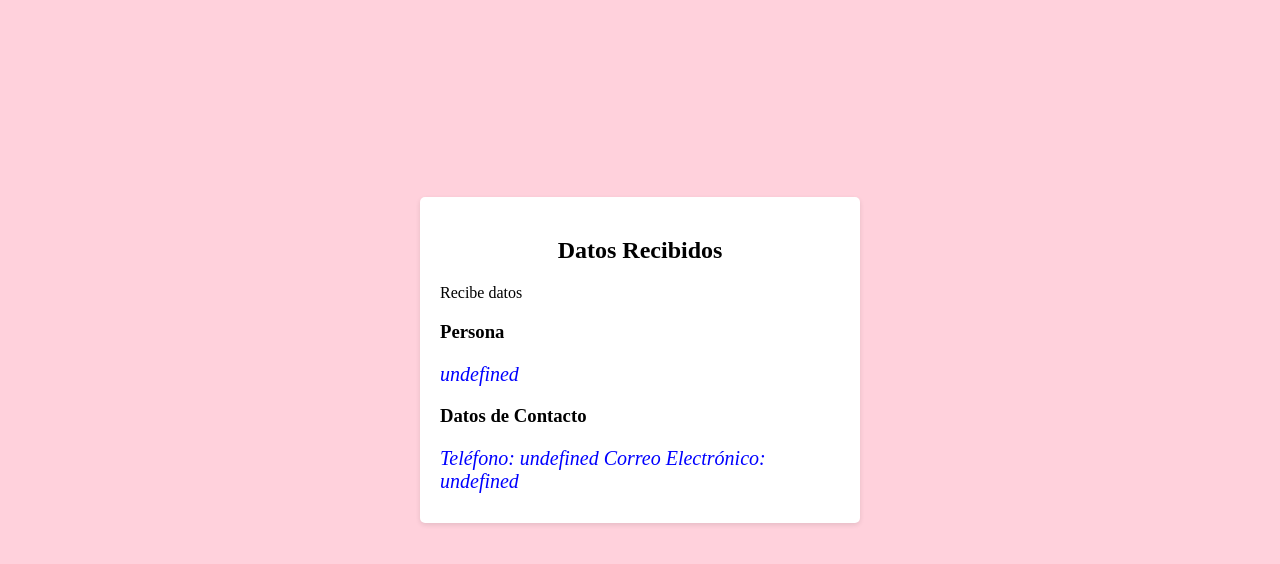
Repository: UVMCoyoacan/InnovaWeb
Page: recibedatosCV.html
These files come from the project's save history. The page is drawn as it stood at one moment and after the next save; the edit follows.
The browser window is 1280 px wide. The pictures show the whole page.

Above is the page before, as saved 2024-03-01 11:30:54.

After the next save:
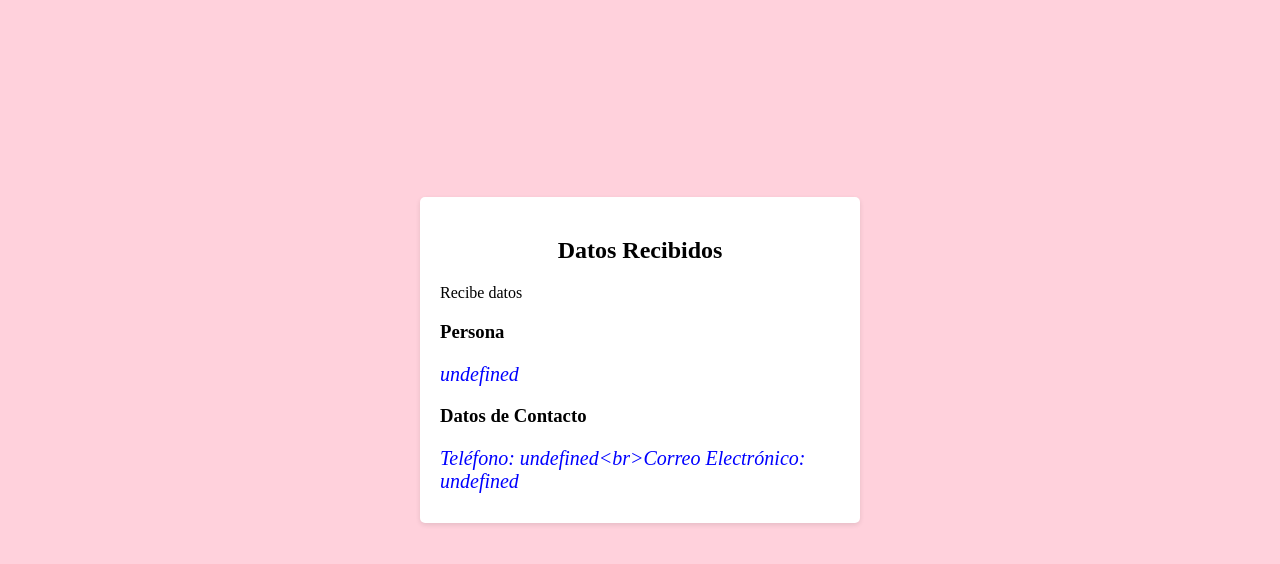
Saved 59 s later.
--- a/recibedatosCV.html
+++ b/recibedatosCV.html
@@ -66,7 +66,7 @@
         var nomper = document.getElementById("Persona");
         var datPers = document.getElementById("Detalles");
         nomper.textContent = nombre;
-        datPers.textContent = "Teléfono: " + telefono + "\nCorreo Electrónico: " + correo;
+        datPers.textContent = "Teléfono: " + telefono + "<br>Correo Electrónico: " + correo;
     </script>
 </body>
 </html>
